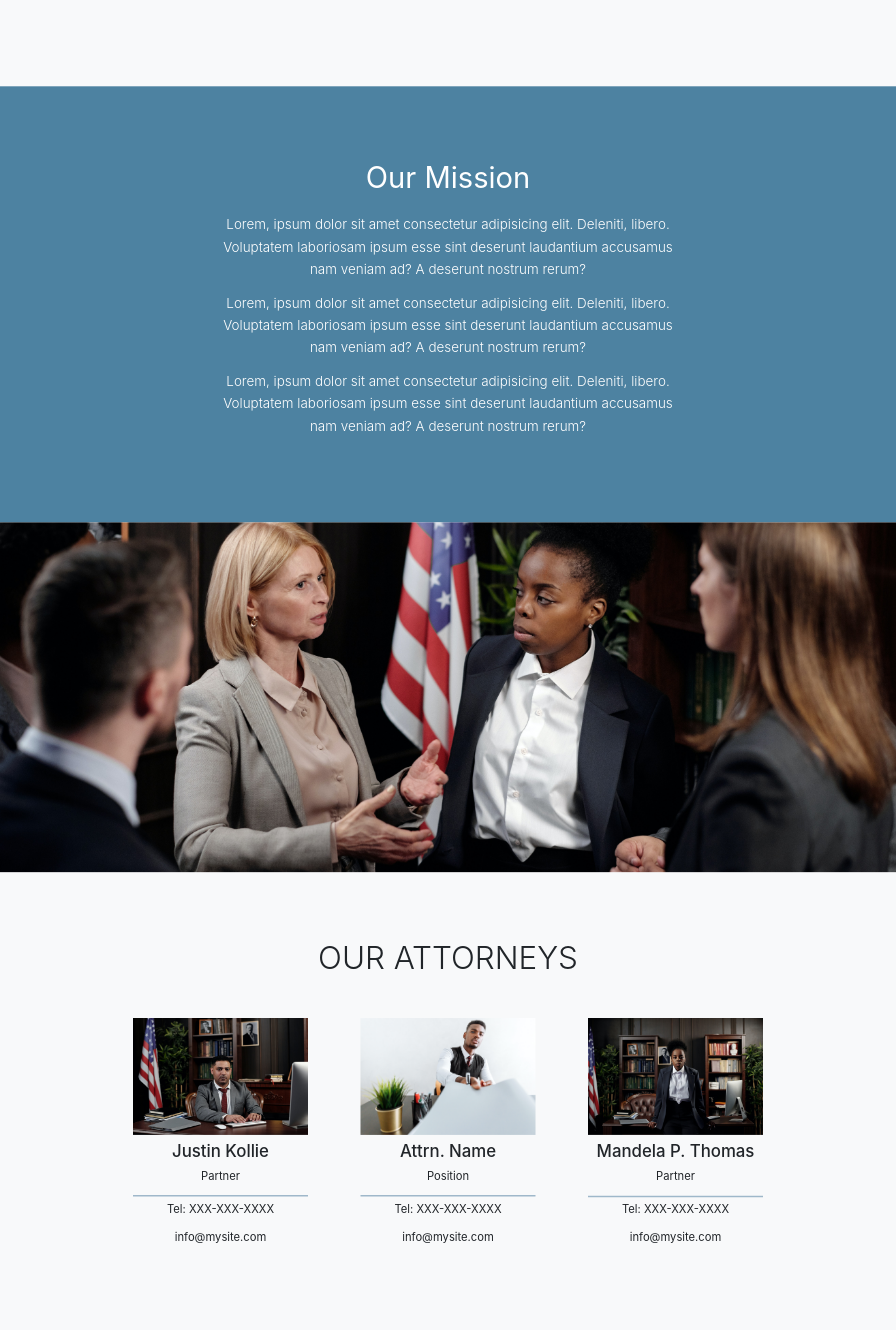
Repository: just-mann/kolllie-kolliellp
Page: index.html
An editor plug-in stored every save of this project. The page is shown before and after a run of saves, followed by the edit.
The browser window is 1280 px wide. The pictures show the part of the page from y = 1326 to 3226 px (the page is 4556 px tall before and 4551 px after), at 70% of full size.
Pictures or frames that could not be fetched are drawn as grey boxes. Backgrounds fixed to the window are drawn as part of the page.

Above is the page before, as saved 2021-06-02 05:42:13.

After the next 3 saves:
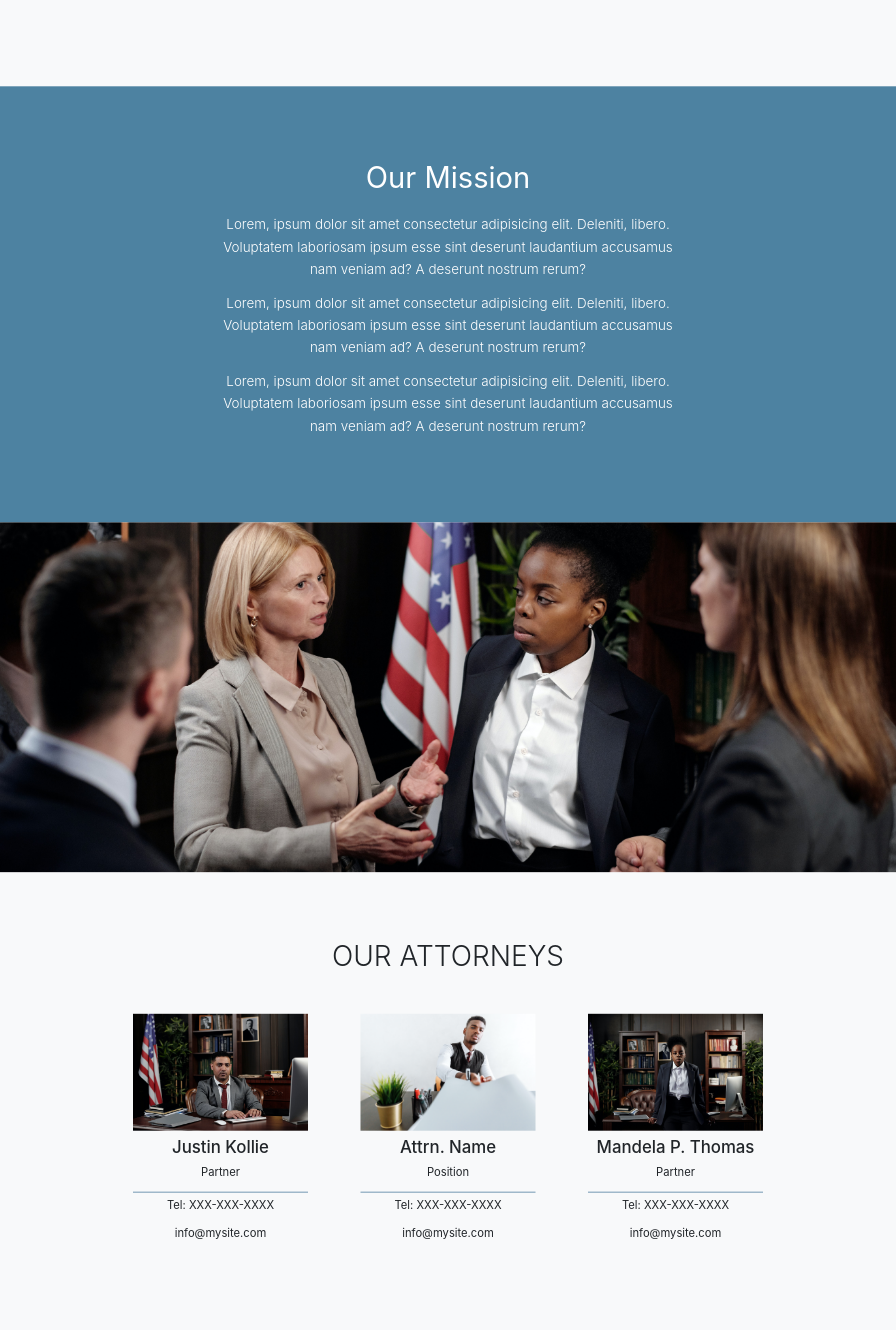
The 3 saves are shown as one change because they came seconds apart.
The last was saved 41 s later.
--- a/assets/css/style.css
+++ b/assets/css/style.css
@@ -290,7 +290,7 @@ form div input, textarea {
 
     .ourAttorneys .myContainer h3 {
         text-align: center;
-        font-size: 2.8em;
+        font-size: 2.5rem;
         font-weight: 350;
         margin-bottom: 25px;
         text-transform: uppercase;
